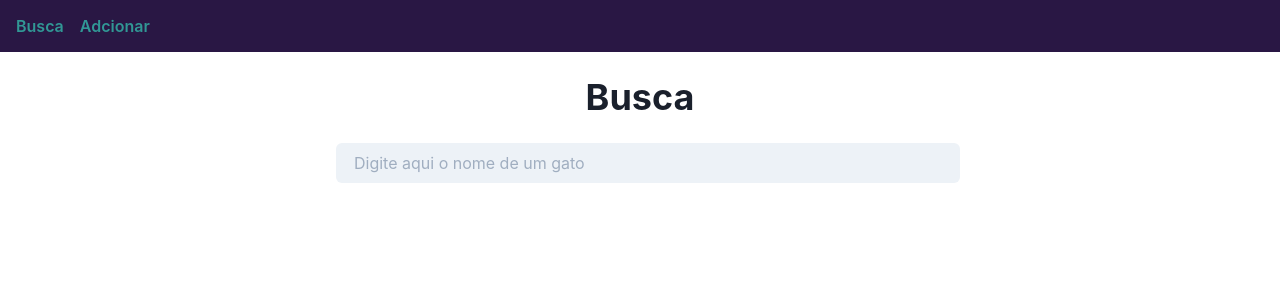
Repository: thislucasme/front-end-cats-react.js
Page: /buscar-gatos
An editor plug-in stored every save of this project. The page is shown before and after the next save, followed by the edit.
The browser window is 1280 px wide. The pictures show the whole page.
The page's requests for data from a server got no answer. The project was rebuilt for these pictures with package versions that can differ from the ones it lists, and the page was loaded fresh each time. No one was signed in, and anything a server would have sent is missing. Also part of the build but not shown: src/pages/cadastro.gatos.tsx.

Above is the page before, as saved 2021-10-27 16:07:47.

After the next save:
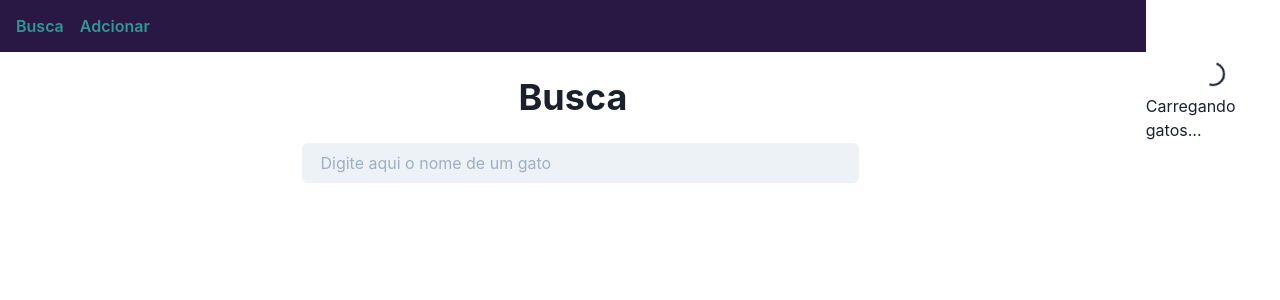
Saved 12 s later.
--- a/src/pages/busca.gatos.tsx
+++ b/src/pages/busca.gatos.tsx
@@ -1,5 +1,6 @@
 import { Center, Flex, Heading, Input, Spacer, VStack } from "@chakra-ui/react";
 import React, { useState } from "react";
+import { Lista } from "../components/lista.gatos";
 import { Menu } from "../components/menu";
 import { useGato } from "../hooks/gato.hooks";
 export const Busca = () => {
@@ -21,6 +22,7 @@ export const Busca = () => {
 					</Flex>
 				</VStack>
 			</VStack>
+			<Lista />
 		</Center>
 	);
 }
